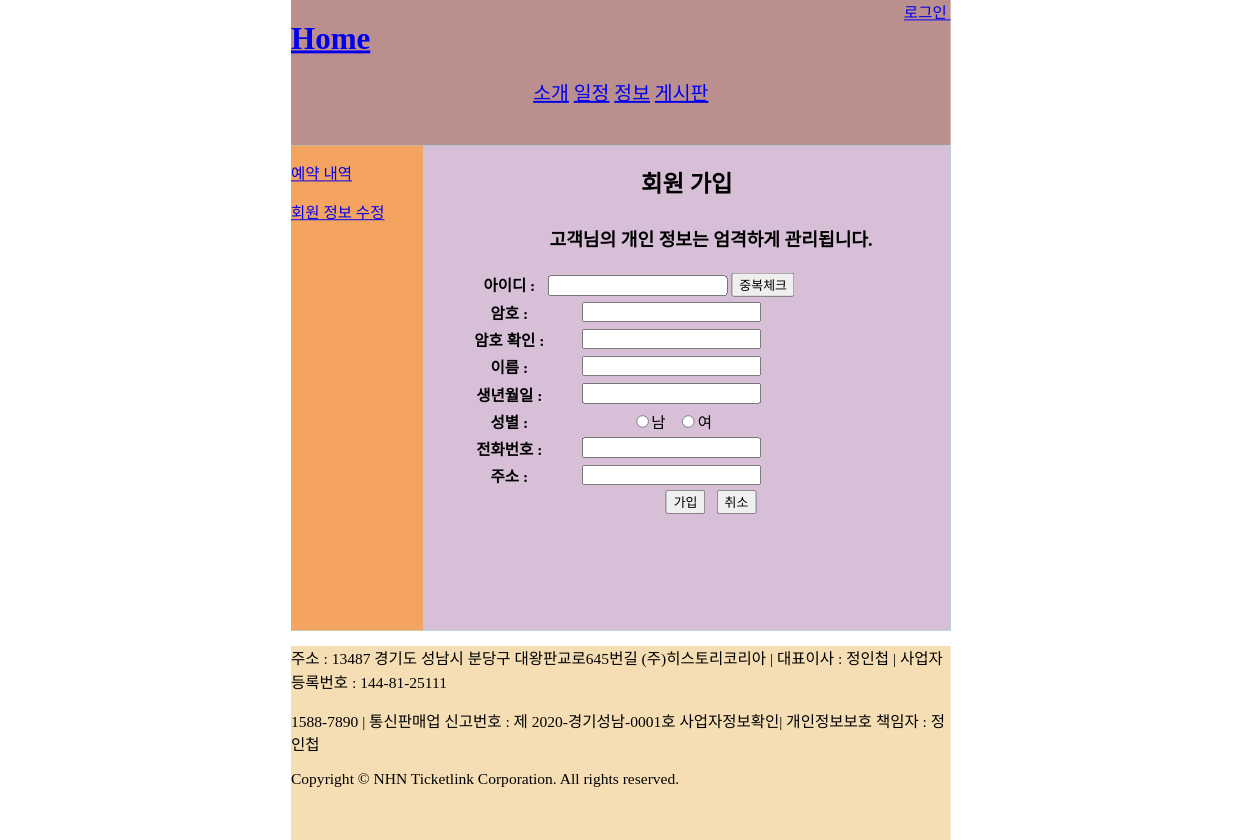
Repository: dlscjq34/JSP_historyTour
Page: http://localhost/HistoryTour/WEB-INF/views/member/joinMember.jsp
An editor plug-in stored every save of this project. The page is shown before and after the next save, followed by the edit.
The browser window is 1280 px wide. The pictures show the whole page, at 97% of full size.
The page is served by Tomcat 9. Nobody is signed in. Other server files are loaded and not shown. The template is opened directly, without the code that normally fills it, so the values that code supplies are empty.

Above is the page before, as saved 2020-12-21 03:40:12.

### HistoryTour/WebContent/WEB-INF/views/member/joinMember.jsp
<%@ page language="java" contentType="text/html; charset=UTF-8"
    pageEncoding="UTF-8"%>
<!DOCTYPE html>
<html lang="en">
<head>
    <jsp:include page="/WEB-INF/views/include/head.jsp" />
    <link rel="stylesheet" href="css/joinMember.css">
</head>
<body>
    <!-- <header> -->
    <jsp:include page="/WEB-INF/views/include/header.jsp" />


    <!-- center = <aside> + <article> -->
    <div class="center">
        <aside>
            <p><a href="ticket.do">예약 내역</a></p>
            <p><a href="editMember.do">회원 정보 수정</a></p>
        </aside>

        <article>
            <h1>회원 가입</h1>
                <form action="joinMemberPro.do" method="post" name="frm" onsubmit="return lenCheck()">

                    <h3>고객님의 개인 정보는 엄격하게 관리됩니다.</h3>
                    <table>
	               		<tr>
	               			<th>아이디 :
	               			<td><input type="text" name="id" id="id" />
	               				<input type="button" onclick="dupCheck()" value="중복체크">
	               		</tr>
	               		<tr>
	               			<th>암호 :
	               			<td><input type="password" name="pswd1" id="pswd1" required/>
	               		</tr>
	               		<tr>
	               			<th>암호 확인 :
	               			<td><input type="password" name="pswd2" id="pswd2" required onkeyup="pwCheck()"/>
	               				<span id="pwStatus"></span>
	               		</tr>
	               		<tr>
	               			<th>이름 :
	               			<td><input type="text" name="name" id="name" required/>
	               		</tr>
	               		<tr>
	               			<th>생년월일 :
	               			<td><input type="text" name="birth" id="birth" required/>
	               		</tr>
	               		<tr>
	               			<th>성별 :
	               			<td><input type="radio" name="gender" id="man" value="1" required />남 &nbsp;
	               				<input type="radio" name="gender" id="woman" value="2" required />여
	               		</tr>
	               		<tr>
	               			<th>전화번호 :
	               			<td><input type="text" name="tel" id="tel" required>
	               		</tr>
	               		<tr>
	               			<th>주소 :
	               			<td><input type="text" name="address" id="address" required>
	               		</tr>
               		</table>
                <input type="submit" name="enroll" class="enroll" value="가입"> &nbsp;
                <input type="reset" value="취소">
                </form>
        </article>
    </div>


    <!-- <footer> -->
    <jsp:include page="/WEB-INF/views/include/footer.jsp" />

</body>

<script>
	function dupCheck() {
		let id = document.frm.id.value;
		if(id == '') {
			alert("아이디를 입력하세요");
			document.frm.id.focus();
			return;
		}
		window.open('joinCheck.do?id='+id, 'joinCheck', 'width=600, height=300');
	}

	function lenCheck() {
		let id = document.frm.id.value.trim();

		if(!(id.length >= 3 && id.length <=12)) {
			alert("아이디는 3에서 12글자만 입력 가능합니다.");
			document.frm.id.select();
			return false;
		}
	}

	function pwCheck() {
		pw1 = document.frm.pswd1.value;
		pw2 = document.frm.pswd2.value;
		pwStatus = document.getElementById("pwStatus");

		if(pw1 == pw2) {
			pwStatus.innerHTML = "패스워드 확인";
			pwStatus.style.color = "blue"
		}
		else {
			pwStatus.innerHTML = "패스워드 틀림";
			pwStatus.style.color = "red"
		}
	}

/* 	<tr>
		<th>암호 :
		<td><input type="password" name="pswd1" id="pswd1" required/>
	</tr>
	<tr>
		<th>암호 확인 :
		<td><input type="password" name="pswd2" id="pswd2" required onkeyup="pwCheck()"/>
			<span class="pwStatus"></span>
	</tr> */
</script>

</html>

### HistoryTour/WebContent/WEB-INF/views/include/head.jsp
<%@ page language="java" contentType="text/html; charset=UTF-8"
    pageEncoding="UTF-8"%>
<meta charset="UTF-8">
<meta name="viewport" content="width=device-width, initial-scale=1.0">
<title>Document</title>
<link rel="stylesheet" href="css/common.css">

### HistoryTour/WebContent/WEB-INF/views/include/header.jsp
<%@ page language="java" contentType="text/html; charset=UTF-8"
    pageEncoding="UTF-8"%>
<%@ taglib prefix="c" uri="http://java.sun.com/jsp/jstl/core" %>
<%
	//쿠키에 아이디가 있으면 세션으로 빼온다.
	Cookie[] cookies = request.getCookies();

	if (cookies != null) {
		for(Cookie cookie : cookies) {
			if(cookie.getName().equals("id")) {
				String id = cookie.getValue();
				session.setAttribute("id", id);
			}
		}
	}

	String id = (String)session.getAttribute("id");
%>

<header>
    <div class="home-line">
        <h1><a href="index.do">Home</a></h1>
        <!-- 세션으로 빼온 아이디가 있으면 -->
<%
			if (id != null) {
%>
        		${ id } 님 반갑습니다.&nbsp;
        		<a href="myPage.do">마이페이지</a>&nbsp;
        		<a href="logoutPro.do">로그아웃</a>
<%
			} else {
%>
        	<!-- 세션으로 빼온 아이디가 없으면 -->
        		 <a href="login.do">로그인&nbsp;</a>
<%
			}
%>

    </div>
    <div class="menu">
        <a href="intro.do">소개</a>
        <a href="schedule.do">일정</a>
        <a href="information.do">정보</a>
        <a href="board.do">게시판</a>
    </div>
</header>

### HistoryTour/WebContent/WEB-INF/views/include/footer.jsp
<%@ page language="java" contentType="text/html; charset=UTF-8"
    pageEncoding="UTF-8"%>
<footer>
    <p>주소 : 13487 경기도 성남시 분당구 대왕판교로645번길 (주)히스토리코리아 | 대표이사 : 정인첩 | 사업자등록번호 : 144-81-25111</p>
    <p>1588-7890 |  통신판매업 신고번호 : 제 2020-경기성남-0001호 사업자정보확인| 개인정보보호 책임자 : 정인첩</p>
    <p>Copyright © NHN Ticketlink Corporation. All rights reserved.</p>
</footer>

### HistoryTour/WebContent/css/common.css
body {
  grid-template-columns: 1fr 1fr;
  box-sizing: border-box;
  margin: 0 300px;
}

/* header ----------------------------------------------- */

header {
  background: rosybrown;
  height: 150px;
}
header .home-line {
  display: flex;
}
header .home-line h1 {
  flex: 1;
}
header .menu {
  text-align: center;
  font-size: 20px;
}

/* <aside> <article> ----------------------------------------------- */

.center {
  display: flex;
  height: 500px;
  background: turquoise;
}
.center aside {
  background: sandybrown;
  flex: 2;
}
.center article {
  background: thistle;
  flex: 8;
  text-align: center;
}


/* footer ----------------------------------------------- */

footer {
  background: wheat;
  height: 200px;
}

### HistoryTour/WebContent/css/joinMember.css

.center article form fieldset input{
  margin: 1% 0;
}
.center article form  {
  position: relative;
  margin-top: 5%;
  padding-left: 50px;
  /* width: 100px;
  font-size: 20px; */
}

After the next save:
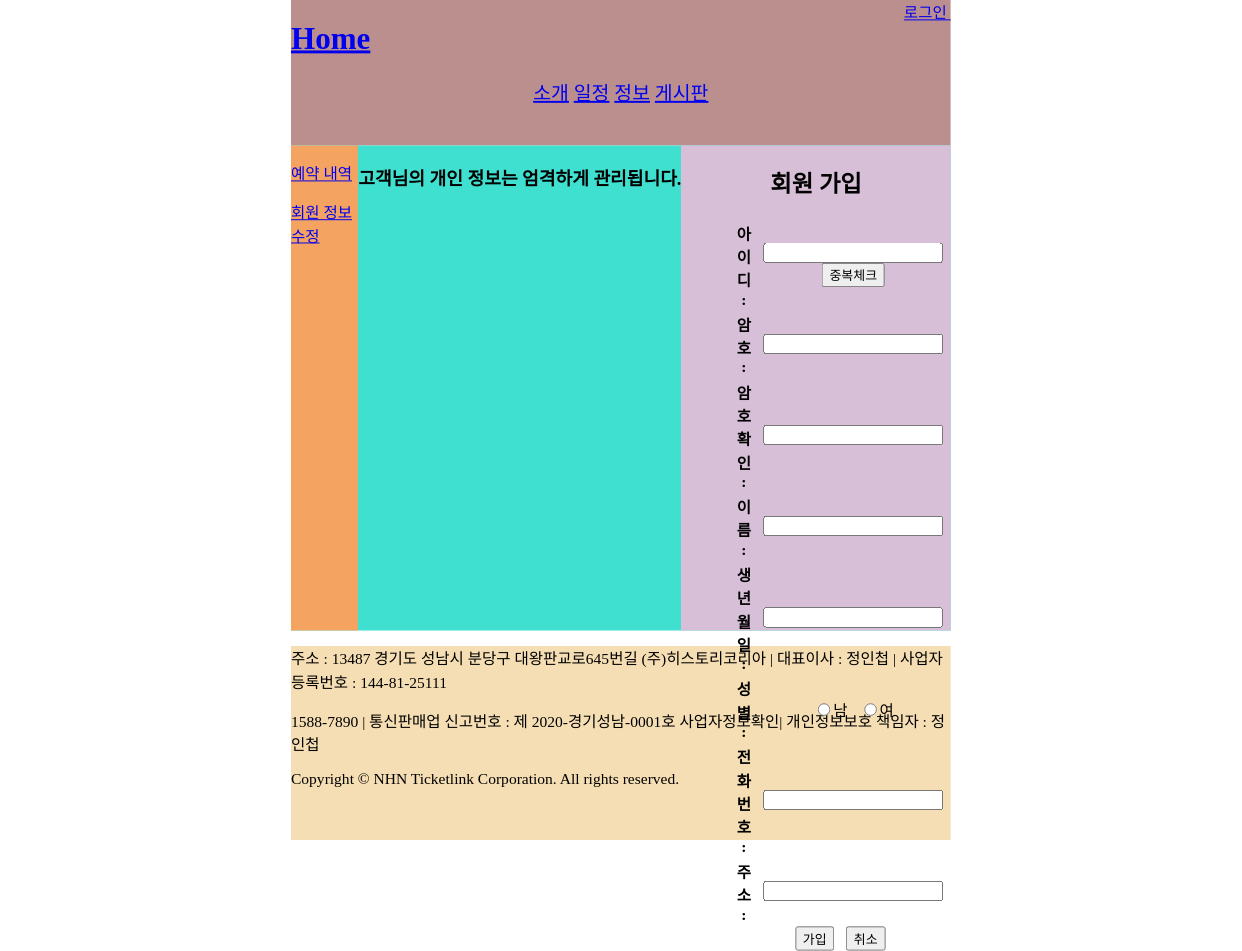
Saved 22 s later.
--- a/HistoryTour/WebContent/WEB-INF/views/member/joinMember.jsp
+++ b/HistoryTour/WebContent/WEB-INF/views/member/joinMember.jsp
@@ -17,12 +17,12 @@
             <p><a href="ticket.do">예약 내역</a></p>
             <p><a href="editMember.do">회원 정보 수정</a></p>
         </aside>
+                    <h3>고객님의 개인 정보는 엄격하게 관리됩니다.</h3>
 
         <article>
             <h1>회원 가입</h1>
                 <form action="joinMemberPro.do" method="post" name="frm" onsubmit="return lenCheck()">
 
-                    <h3>고객님의 개인 정보는 엄격하게 관리됩니다.</h3>
                     <table>
 	               		<tr>
 	               			<th>아이디 :
